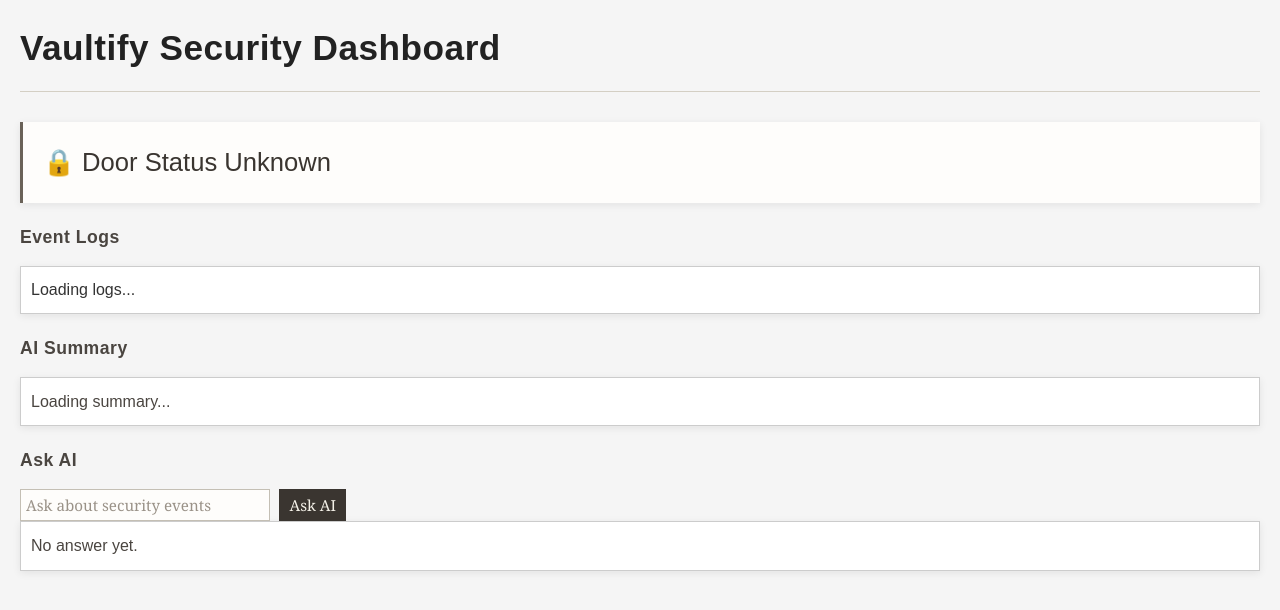
Repository: SH-Nihil-Mukkesh-25/Vaultify
Page: public/index.html
The author's editor kept a copy of each file at every save. The page is drawn from the files as they stood at one save, then again after a run of saves.
The browser window is 1280 px wide. The pictures show the whole page.
The page's requests for data from a server got no answer.

Above is the page before, as saved 2025-10-03 14:22:45.
Console error: SyntaxError: missing ) after argument list

After the next 2 saves:
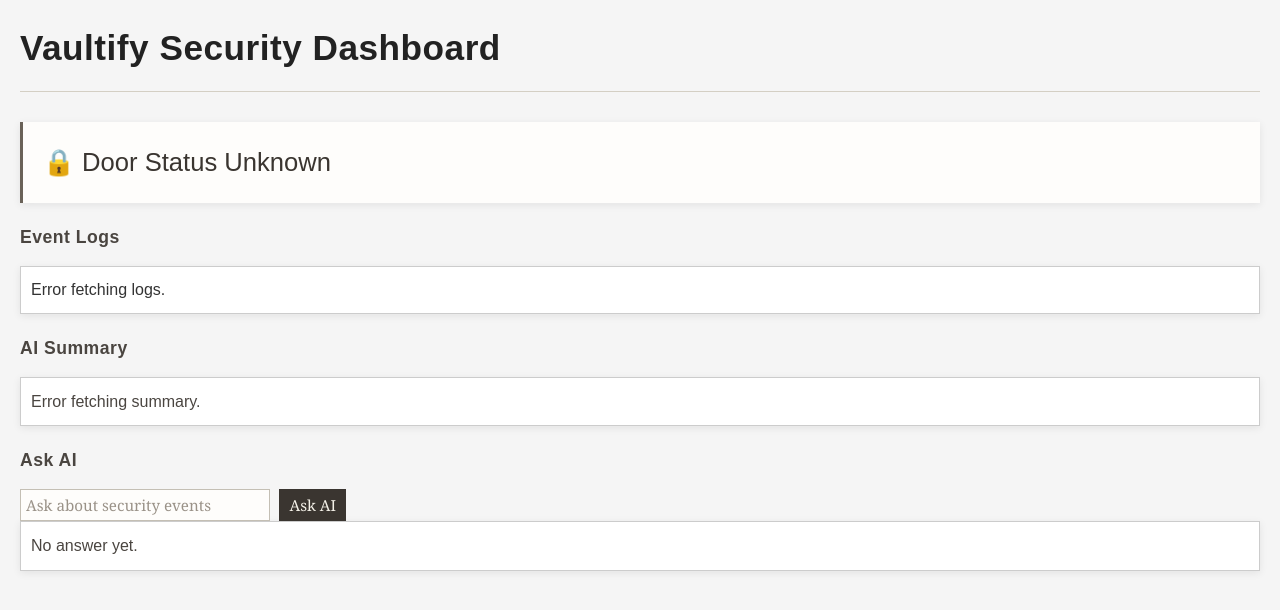
The error is gone.
The 2 saves are shown as one change because they came seconds apart.
The last was saved 5 min 10 s later.
--- a/public/index.html
+++ b/public/index.html
@@ -48,7 +48,7 @@
 
     async function fetchLogs() {
       try {
-        const res = await fetch(${BACKEND_URL}/api/logs);
+        const res = await fetch(`${BACKEND_URL}/api/logs`);
         const data = await res.json();
         if (!data.logs || data.logs.length === 0) {
           logsDiv.innerHTML = "No logs available yet.";
@@ -59,12 +59,12 @@
         // Display logs
         logsDiv.innerHTML = data.logs.slice().reverse().map(log => {
           let cls = log.event.replace(/\s+/g, "_");
-          return <div class="log ${cls}"><strong>${log.event}</strong>: ${log.detail}</div>;
+          return `<div class="log ${cls}"><strong>${log.event}</strong>: ${log.detail}</div>`;
         }).join("");
 
         // Update door status
         const lastDoorEvent = data.logs.slice().reverse().find(e => e.event.includes("door"));
-        doorStatusDiv.innerText = lastDoorEvent ? 🔑 ${lastDoorEvent.detail} : "🔒 Door Status Unknown";
+        doorStatusDiv.innerText = lastDoorEvent ? `🔑 ${lastDoorEvent.detail}` : "🔒 Door Status Unknown";
 
       } catch (err) {
         console.error(err);
@@ -74,7 +74,7 @@
 
     async function fetchSummary() {
       try {
-        const res = await fetch(${BACKEND_URL}/api/summary);
+        const res = await fetch(`${BACKEND_URL}/api/summary`);
         const data = await res.json();
         summaryDiv.innerText = data.summary || "No summary available yet.";
       } catch (err) {
@@ -87,7 +87,7 @@
       const question = document.getElementById("ai-question").value;
       if (!question) return;
       try {
-        const res = await fetch(${BACKEND_URL}/api/ask?question=${encodeURIComponent(question)});
+        const res = await fetch(`${BACKEND_URL}/api/ask?question=${encodeURIComponent(question)}`);
         const data = await res.json();
         aiAnswerDiv.innerText = data.answer || "No answer yet.";
       } catch (err) {
